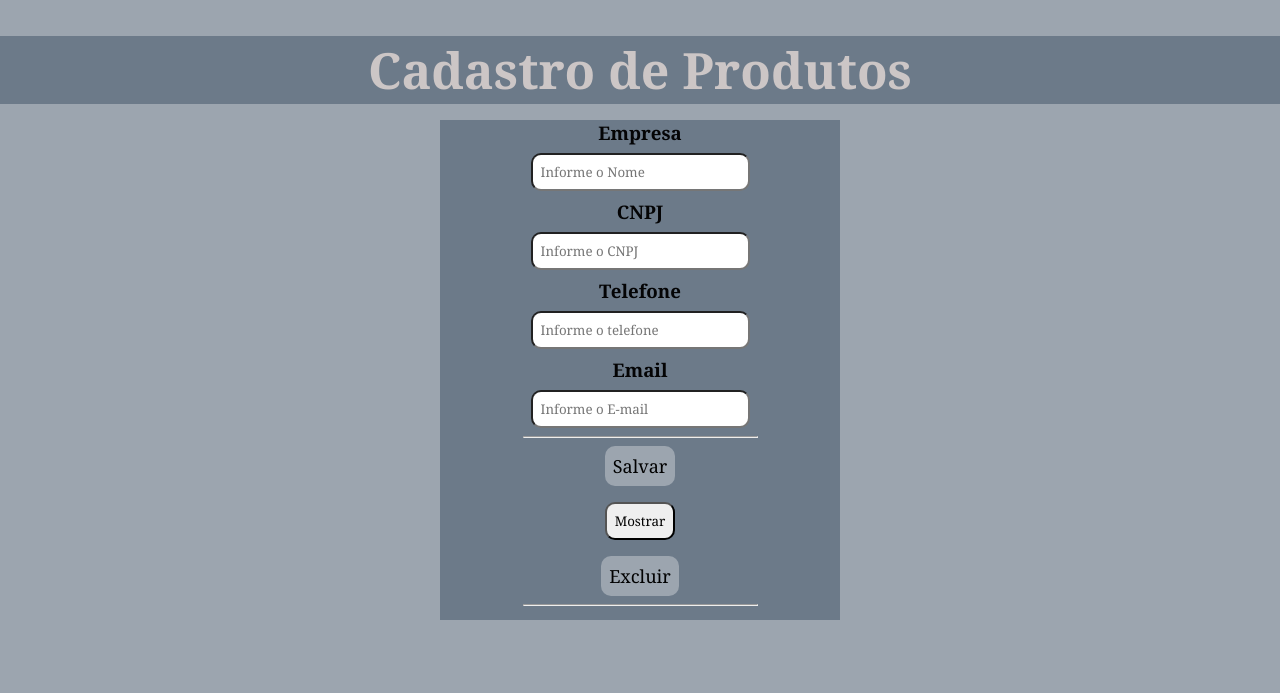
Repository: ArthurKJun/ProjetoCantinaEclipse
Page: http://localhost/arsan/cadastroFornecedor.jsp
These files come from the project's save history. The page is drawn as it stood at one moment and after the next save; the edit follows.
The browser window is 1280 px wide. The pictures show the whole page.
The page is served by Tomcat 9.

Above is the page before, as saved 2023-11-03 03:55:37.
Console error: SyntaxError: Function statements require a function name

After the next save:
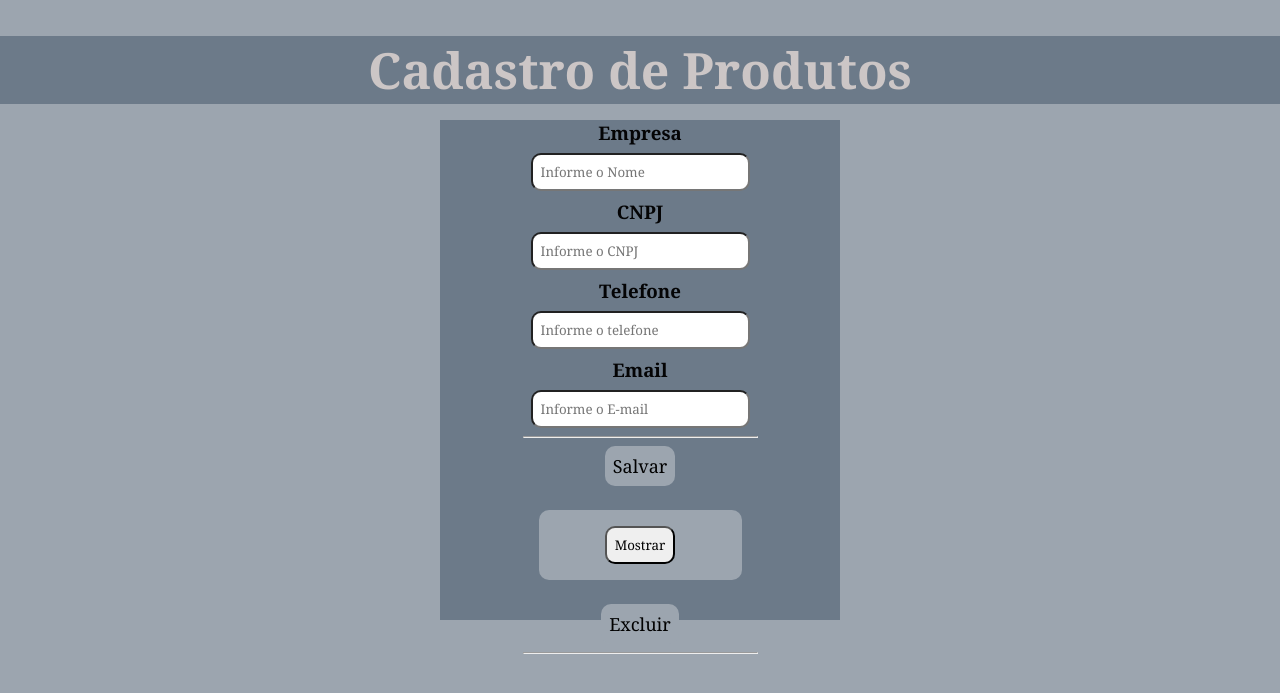
Saved 74 s later.
--- a/arsan/src/main/webapp/Estilos/style.css
+++ b/arsan/src/main/webapp/Estilos/style.css
@@ -301,7 +301,7 @@ tfoot td{
     cursor: pointer;
 }
 
-.inputs-cadastro button{
+.inputButton {
 
     padding: 0.5rem;
     margin: 1rem;
@@ -312,7 +312,7 @@ tfoot td{
 
 }
 
-.inputs-cadastro button:hover{
+.inputButton :hover{
 
     background-color: #fff;
     color: black;
